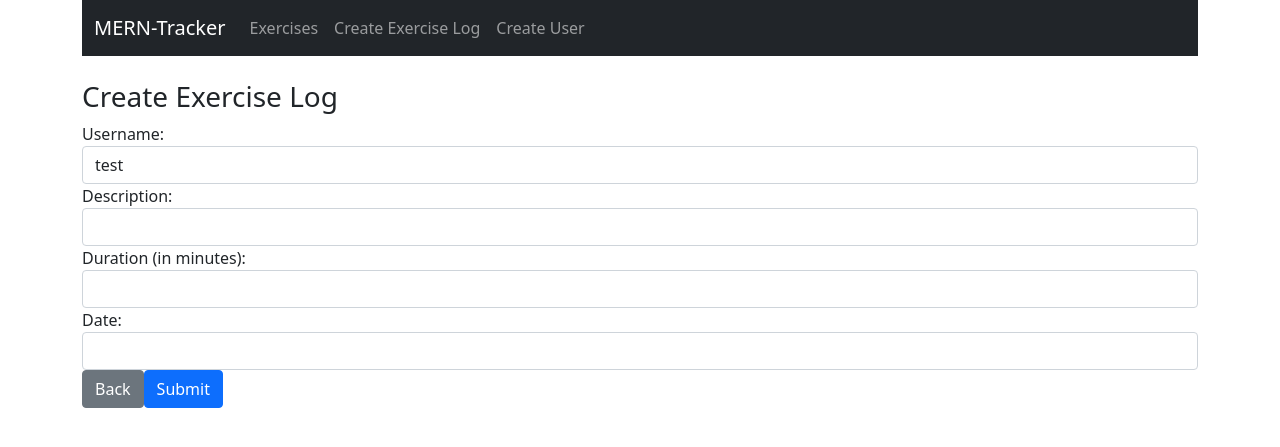
Repository: mohamed9974/cloud-computing
Page: /create (app in mern-tracker/)
These files come from the project's save history. The page is drawn as it stood at one moment and after the next save; the edit follows.
The browser window is 1280 px wide. The pictures show the whole page.
The page's requests for data from a server got no answer. The project was rebuilt for these pictures with package versions that can differ from the ones it lists, and the page was loaded fresh each time. No one was signed in, and anything a server would have sent is missing. Also part of the build but not shown: mern-tracker/src/components/ExercisesList.component.js, mern-tracker/src/components/EditExercise.component.js, mern-tracker/src/components/CreateUser.component.js. Imported but missing from the stored project, and not drawn on this page: mern-tracker/src/components/Map.

Above is the page before, as saved 2022-05-18 23:42:59.

After the next save:
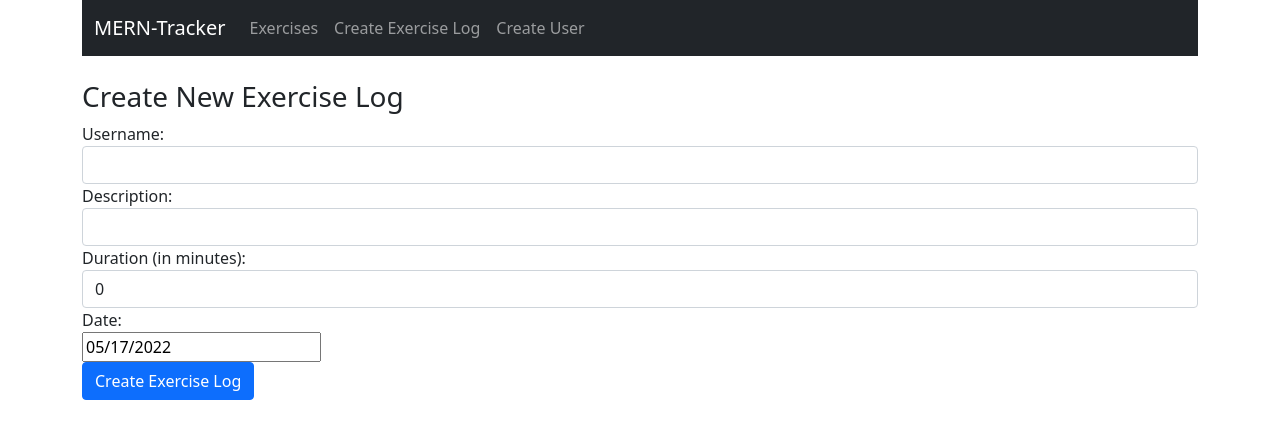
Saved 6 min 12 s later.
--- a/mern-tracker/src/components/CreateExercise.component.js
+++ b/mern-tracker/src/components/CreateExercise.component.js
@@ -1,6 +1,7 @@
 import React, { Component } from "react";
 import { Link } from "react-router-dom";
-
+import DatePicker from "react-datepicker";
+import "react-datepicker/dist/react-datepicker.css";
 export default class CreateExercise extends Component {
 
     constructor(props) {
@@ -80,32 +81,62 @@ export default class CreateExercise extends Component {
     render() {
         return (
             <div>
-                <h3>Create Exercise Log</h3>
+                <h3>Create New Exercise Log</h3>
                 <form>
                     <div className="form-group">
-                        <label>Username: </label>
-                        <select className="form-control">
-                            <option>test</option>
+                        <label>Username:</label>
+                        <select
+                            className="form-control"
+                            id="username"
+                            value={this.state.username}
+                            onChange={this.onChangeUsername}
+                        >
+                            {this.state.users.map(function (user) {
+                                return (
+                                    <option key={user} value={user}>
+                                        {user}
+                                    </option>
+                                );
+                            })}
                         </select>
                     </div>
                     <div className="form-group">
-                        <label>Description: </label>
-                        <input type="text" className="form-control" />
+                        <label>Description:</label>
+                        <input
+                            type="text"
+                            className="form-control"
+                            id="description"
+                            value={this.state.description}
+                            onChange={this.onChangeDescription}
+                        />
                     </div>
                     <div className="form-group">
-                        <label>Duration (in minutes): </label>
-                        <input type="text" className="form-control" />
+                        <label>Duration (in minutes):</label>
+                        <input
+                            type="text"
+                            className="form-control"
+                            id="duration"
+                            value={this.state.duration}
+                            onChange={this.onChangeDuration}
+                        />
                     </div>
                     <div className="form-group">
-                        <label>Date: </label>
-                        <input type="text" className="form-control" />
+                        <label>Date:</label>
+                        <div>
+                            <DatePicker
+                                selected={this.state.date}
+                                onChange={this.onChangeDate}
+                            />
+                        </div>
                     </div>
-                    <Link to="/" className="btn btn-secondary">
-                        Back
-                    </Link>
-                    <button type="submit" className="btn btn-primary">
-                        Submit
-                    </button>
+                    <div className="form-group">
+                        <input
+                            type="submit"
+                            value="Create Exercise Log"
+                            className="btn btn-primary"
+                            onClick={this.onSubmit}
+                        />
+                    </div>
                 </form>
             </div>
         );
